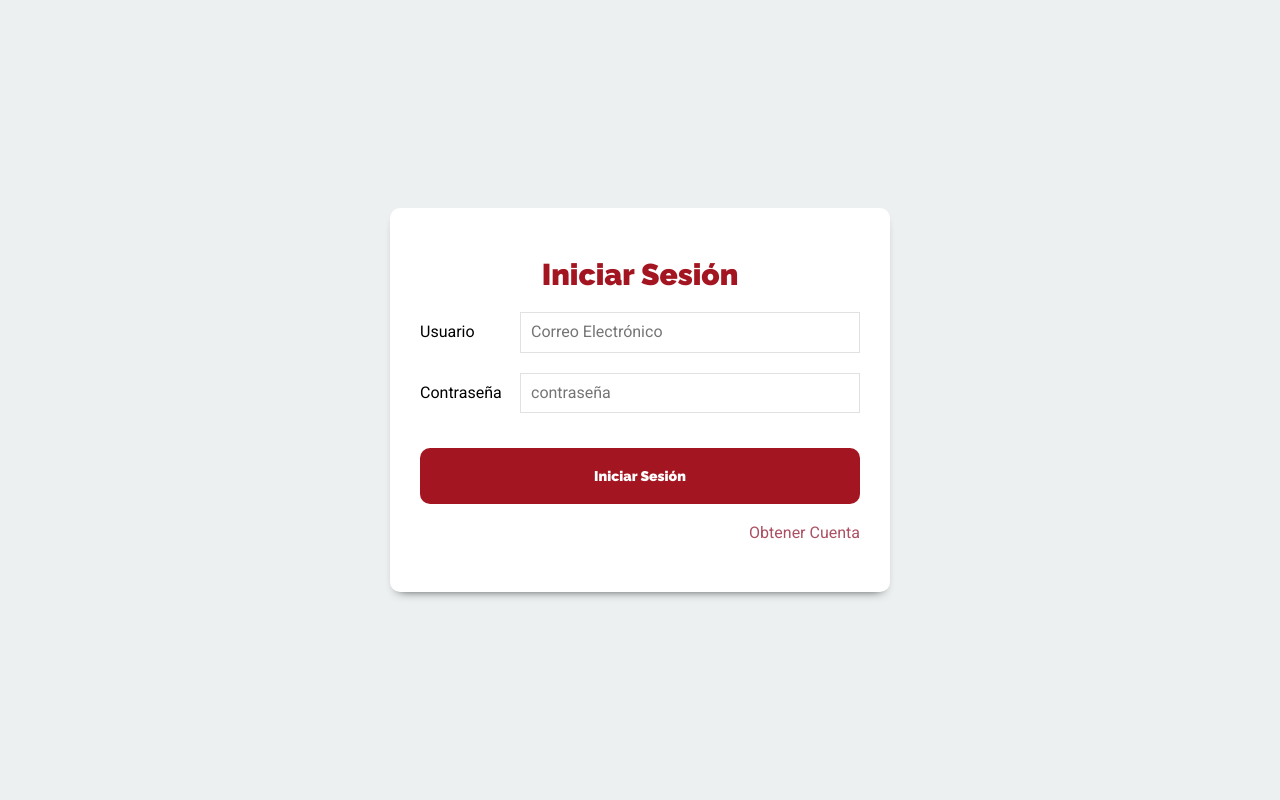
Repository: andrescovarrubias/admin-proyectos
Page: / (app in cliente/)
These files come from the project's save history. The page is drawn as it stood at one moment and after the next save; the edit follows.
The browser window is 1280 px wide. The pictures show the whole page.
The project was rebuilt for these pictures with package versions that can differ from the ones it lists, and the page was loaded fresh each time. Also part of the build but not shown: cliente/src/components/auth/NuevaCuenta.jsx, cliente/src/components/layout/SideBar.jsx, cliente/src/components/proyectos/Proyectos.jsx.

Above is the page before, as saved 2020-10-31 17:07:24.

After the next save:
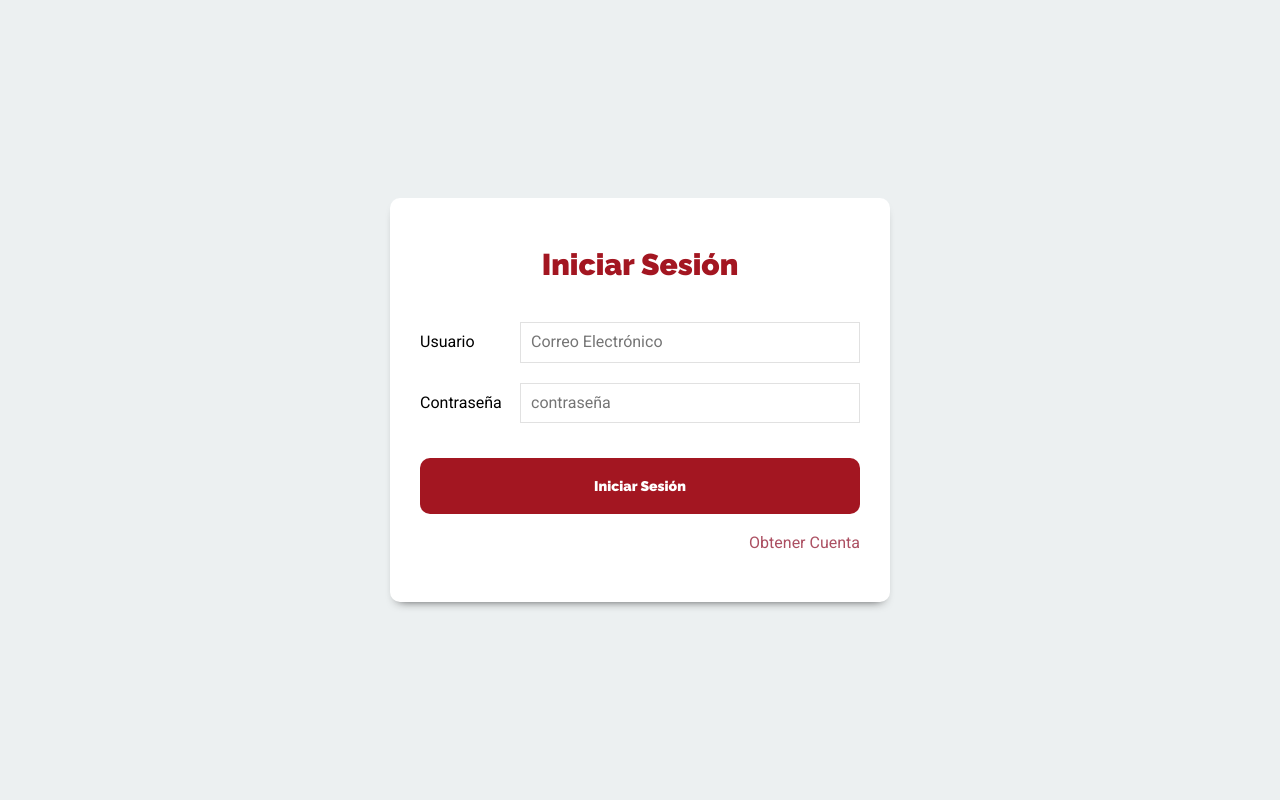
Saved 5 s later.
--- a/cliente/src/index.css
+++ b/cliente/src/index.css
@@ -34,7 +34,7 @@ h1,
 h2 {
   font-family: var(--headingFont);
   font-weight: 900;
-  margin: 0 0 2rem 0;
+  margin: 0 0 4rem 0;
   text-align: center;
   color: var(--rojo);
 }
